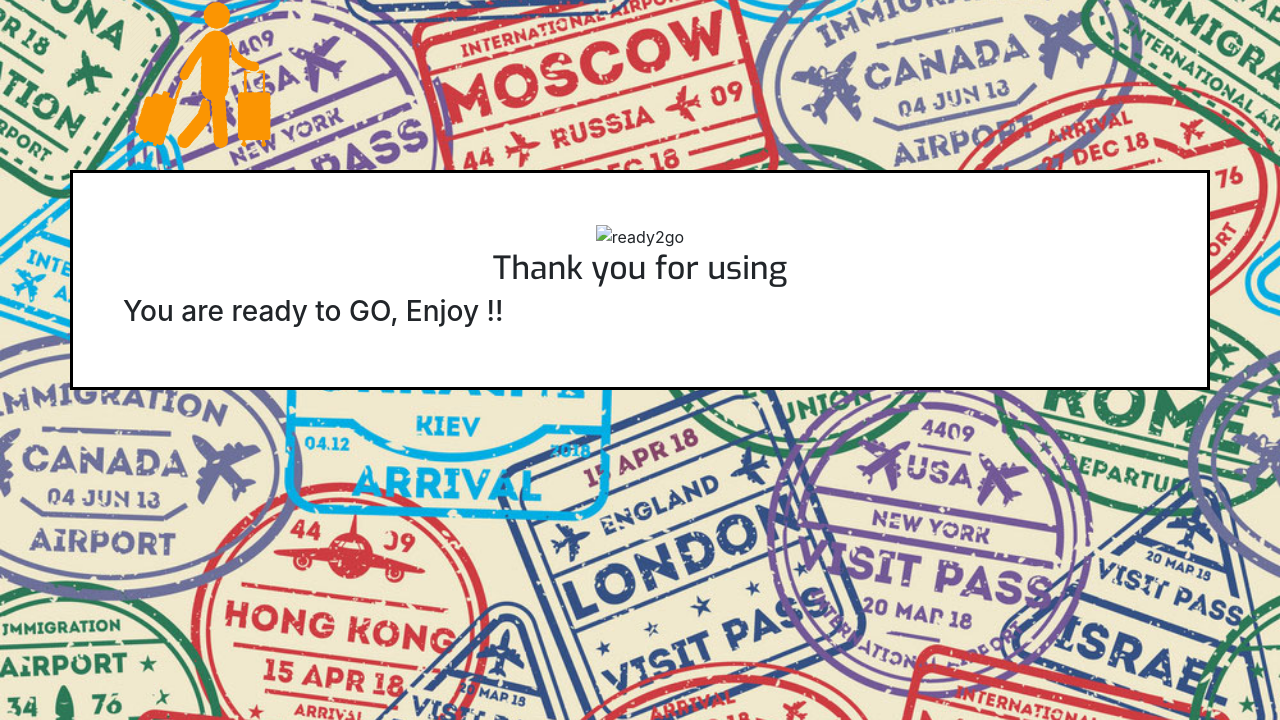
Repository: Code-Institute-Submissions/travelChecklist
Page: donepage.html
The author's editor kept a record of every edit. The page is drawn from the files as they stood at one moment, then again after the next edit.
The browser window is 1280 px wide. The pictures show the whole page.

Above is the page before.

After the next edit:
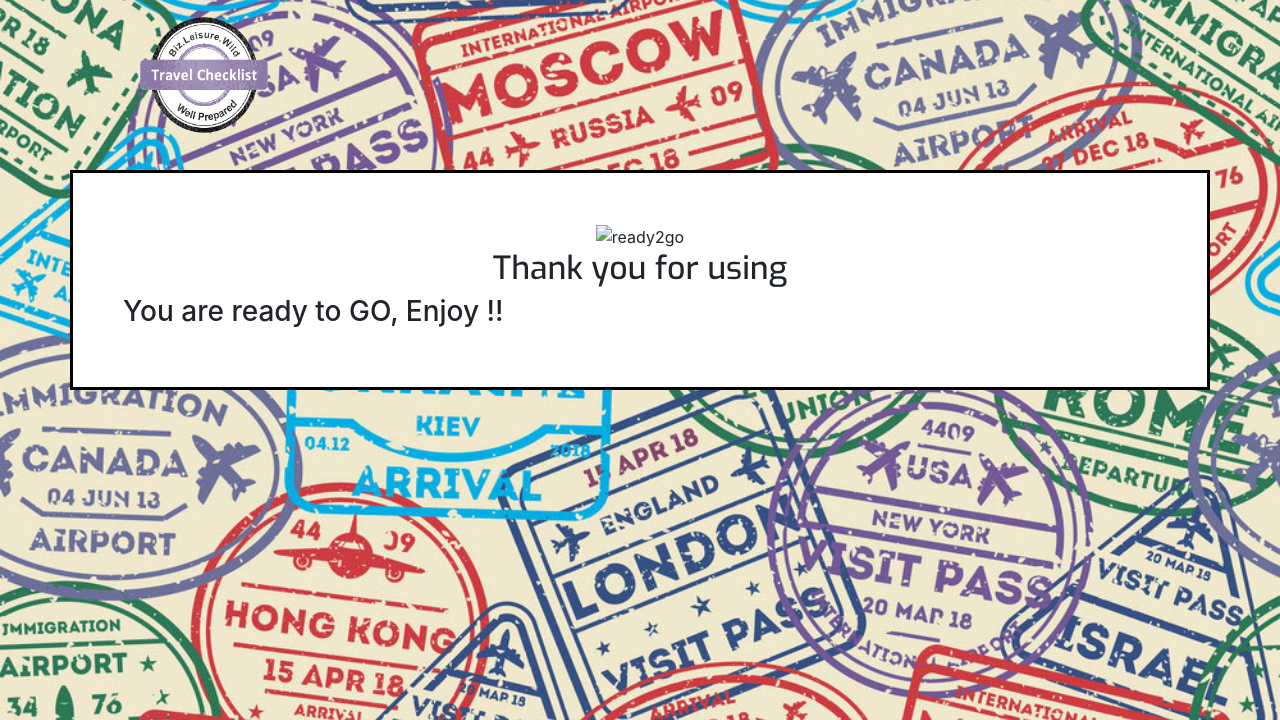
The edit:
--- a/donepage.html
+++ b/donepage.html
@@ -21,7 +21,7 @@
     <header>
 
             <div class="row">
-        <a href="index.html" class="col"><img src="asset/images/ready2go.png" alt="logo" class="logo"/></a></div>
+        <a href="index.html" class="col"><img src="asset/images/logo.png" alt="logo" class="logo"/></a></div>
 
             <div class="container">
                 <center>
